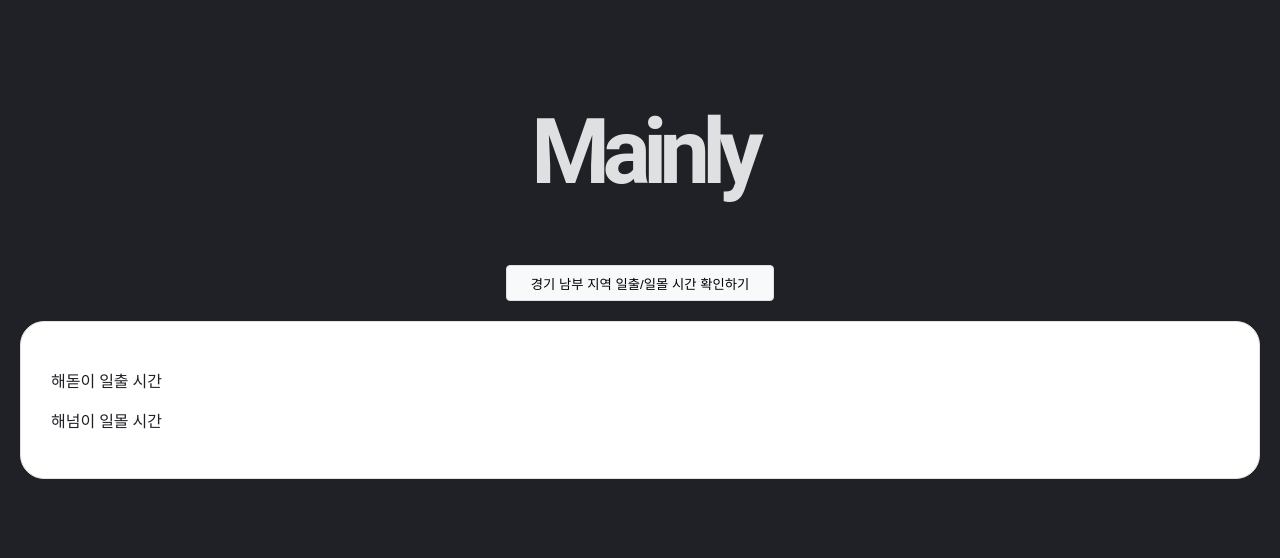
Repository: M1NARTY/WebProgramming
Page: sunsetSunrise.html
These files come from the project's save history. The page is drawn as it stood at one moment and after the next save; the edit follows.
The browser window is 1280 px wide. The pictures show the whole page.

Above is the page before, as saved 2023-12-21 01:02:35.

### sunsetSunrise.html
<!DOCTYPE html>
<html lang="en">
    <head>
        <meta charset="UTF-8">
        <title>Mainly Sun</title>
        <link rel="stylesheet" href="css/sunsetSunrise.css">
        <script defer src="js/sun.js"></script>
    </head>
    <body>
        <h1 class="title">
            <span>M</span>
            <span>a</span>
            <span>i</span>
            <span>n</span>
            <span>l</span>
            <span>y</span>
        </h1>
        <div class="button">
            <button type="button" id="btn">경기 남부 지역 일출/일몰 시간 확인하기</button>
        </div>
        <div class="sunBox">
            <dl>
                <!-- <p>기준 일자</p>
                <p id="date"></p> -->
                <p>해돋이 일출 시간</p>
                <p id="riseTime"></p>
                <p>해넘이 일몰 시간</p>
                <p id="setTime"></p>
            </dl>
        </div>
    </body>
</html>

### css/sunsetSunrise.css
body {
    background-color: #202027;
    color: #dfe0e1;
    font-family: "Roboto";
    height: 100%;
    margin: 0;
}

div {
    color: #202027;
}

a {
    text-decoration: none;
    text-decoration-line: none;
    color: #dfe0e1;
}

.title {
    text-align: center;
    margin-top: 100px;
    font-family: "Roboto";
    font-size: 90px;
    font-style: normal;
    font-weight: 600;
    line-height: normal;
    letter-spacing: -15px;
}

.sunBox {
    margin: 20px;
    padding: 30px;
    border: 1px solid #DFE1E5;
    border-radius: 24px;
    background: #FFF;
}

#btn {
    display: flex;
    justify-content: center;
    align-items: center;
    width: 268px;
    height: 36px;
    margin: 0 auto;
    margin-top: 26px;
    border-radius: 4px;
    border: 1px solid #dfe0e1;
    background: #F8F9FA;
    gap: 20px;
}

### js/sun.js
document.addEventListener('DOMContentLoaded', function() {
    document.getElementById('btn').addEventListener('click', function() {
        var url = 'https://api.sunrise-sunset.org/json';

        var queryParams = '?' + encodeURIComponent('lat') + '=' + encodeURIComponent('37.291111');
        queryParams += '&' + encodeURIComponent('lng') + '=' + encodeURIComponent('127.008888');
        queryParams += '&' + encodeURIComponent('tzld') + '=' + encodeURIComponent('Asia/Seoul');

        fetch(url + queryParams)
        .then(response => {
            if (!response.ok) {
                throw new Error(`HTTP 오류! 상태: ${response.status}`);
            }
            return response.json();
        })
        .then(data => {
            console.log(data);
            var sunriseTime = '';
            var sunsetTime = '';

            var results = data.results;

            if (!results) {
                throw new Error('API 응답 데이터에서 "results"를 찾을 수 없습니다.');
            }
            var sunrise = results.sunrise || '데이터 없음';
            var sunset = results.sunset || '데이터 없음';

            sunriseTime += `<p>${sunrise}</p>`;
            sunsetTime += `<p>${sunset}</p>`;

            document.querySelector('#riseTime').innerHTML = sunriseTime;
            document.querySelector('#setTime').innerHTML = sunsetTime;


            document.querySelector('#riseTime').innerHTML = sunriseTime;
            document.querySelector('#setTime').innerHTML = sunsetTime;
        })
        .catch(error => {
            console.error('API 요청 오류:', error);
        });
    });
});

After the next save:
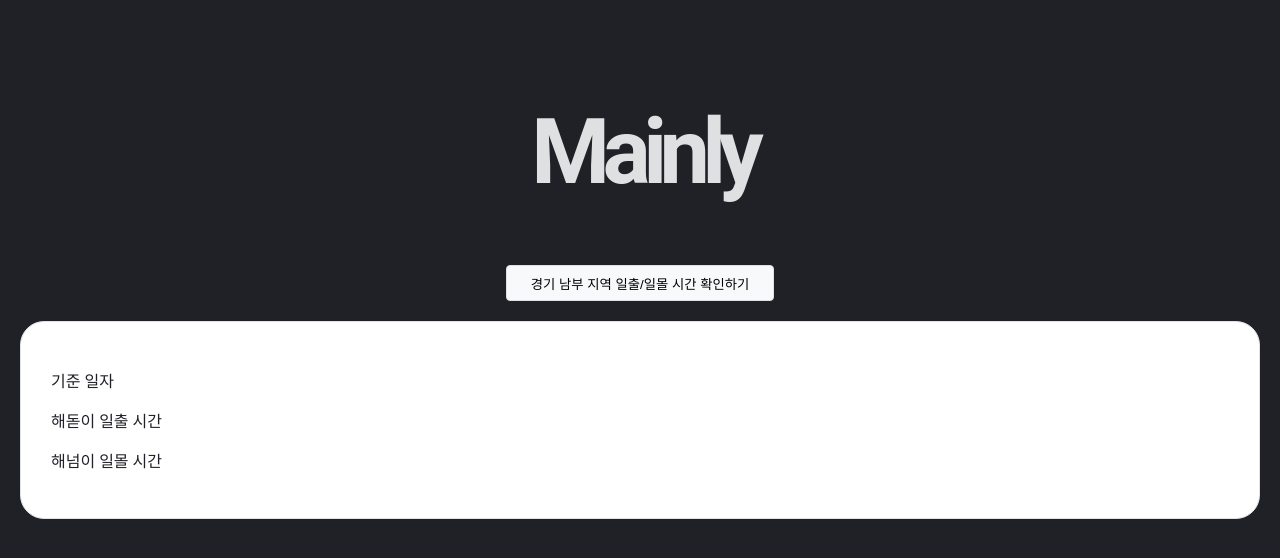
Saved 19 s later.
--- a/sunsetSunrise.html
+++ b/sunsetSunrise.html
@@ -20,8 +20,8 @@
         </div>
         <div class="sunBox">
             <dl>
-                <!-- <p>기준 일자</p>
-                <p id="date"></p> -->
+                <p>기준 일자</p>
+                <p id="date"></p>
                 <p>해돋이 일출 시간</p>
                 <p id="riseTime"></p>
                 <p>해넘이 일몰 시간</p>
